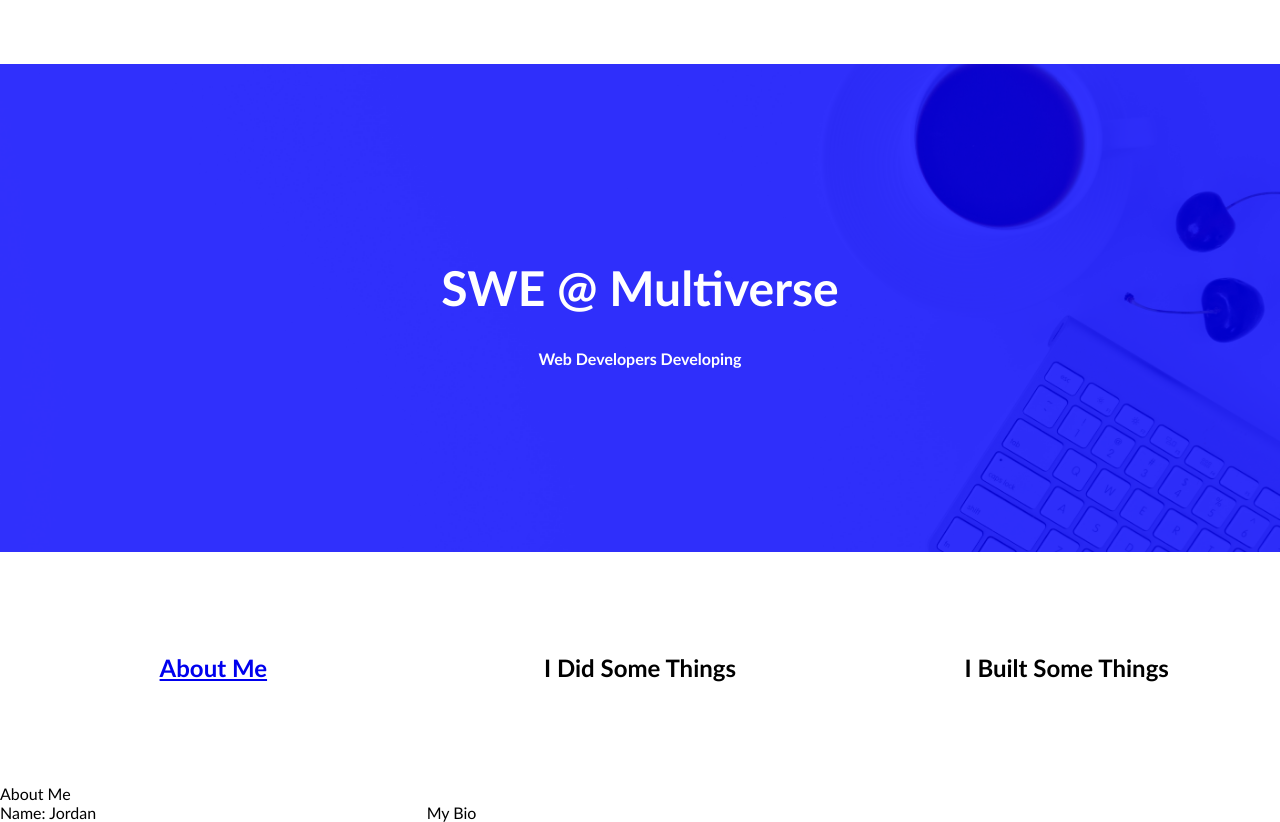
Repository: Scoofster/SWE-Flying-start-bio-website
Page: public/index.html
An editor plug-in stored every save of this project. The page is shown before and after the next save, followed by the edit.
The browser window is 1280 px wide. The pictures show the whole page.

Above is the page before, as saved 2022-06-16 14:00:09.

### public/index.html
<!--
You may use this in any way, on any site, all we ask is that you please keep the link(s) crediting the author.   Though this is not mandatory, it is certainly appreciated.
 -->

<!DOCTYPE html PUBLIC "-//W3C//DTD XHTML 1.0 Strict//EN" "http://www.w3.org/TR/xhtml1/DTD/xhtml1-strict.dtd">
<html xmlns="http://www.w3.org/1999/xhtml" xml:lang="en" lang="en">
  <head>
    <title>Blue Bliss by Bryant Smith</title>
    <meta http-equiv="content-type" content="text/html;charset=utf-8" />
    <link rel="stylesheet" type="text/css" href="index.css" />
  </head>
  <body>
    <div id="mainContentArea">
      <div id="hero" class="content-section">
        <div id="hero-overlay"></div>
        <div id="banner-photo"></div>
        <div id="hero-text">
          <h1>SWE @ Multiverse</h1>
          <h4>Web Developers Developing</h4>
        </div>
        <div id="about-me-nav-link">
          <h2><a href="#about-me">About Me</a></a></h2>
        </div>
        <div id="cv-nav-link">
          <h2>I Did Some Things</h2>
        </div>
        <div id="porfolio-nav-link">
          <h2>I Built Some Things</h2>
        </div>
      </div>
      <div>About Me</div>
      <div id="about-me" class="content-section">
        <div id="personal-info">Name: Jordan</div>
        <div id="bio">My Bio</div>
      </div>
      <div id="cv" class="content-section"></div>
      <div id="porfolio" class="content-section"></div>
    </div>
  </body>
</html>

### public/index.css

html,body{
    margin:0;
    font-family:'Trebuchet MS', 'Lucida Sans Unicode', 'Lucida Grande', 'Lucida Sans', Arial, sans-serif
    }

.content-section {
    padding: 0%;
    display: grid;
    grid-template-columns: 1fr 1fr 1fr;
}

#hero {
    margin-top: 5%;
    width: calc(100vw-30px);
    height: 100vh;
    text-align: center;
}

#hero-overlay {
    grid-area: 1 /1 / span 2 / span 3;
    opacity: 80%;
    background-color: blue;

}

#banner-photo {
    background-image: url(./imgs/splash_photo.jpg);
    grid-area: 1 /1/ span 2 / span 3;
    background-size:cover;
    background-repeat: no-repeat;
    margin: 0;
}

#hero-text {
    grid-area: 2/2/2/2;
    color: white;

    z-index: 1;
  }

#hero-text > h1 {
    font-size: 300%;
}
  #about-me-nav-link {
    height: 100%;
    width:100%;
    display:flex;
    align-items: center;
    justify-content: center;

  }

  #cv-nav-link {
    height: 100%;
    width:100%;
    display:flex;
    align-items: center;
    justify-content: center;

  }

  #porfolio-nav-link {
    height: 100%;
    width:100%;
    display:flex;
    align-items: center;
    justify-content: center;

  }

  #personal-info {
    grid-area: 1/1/3/1
  }

After the next save:
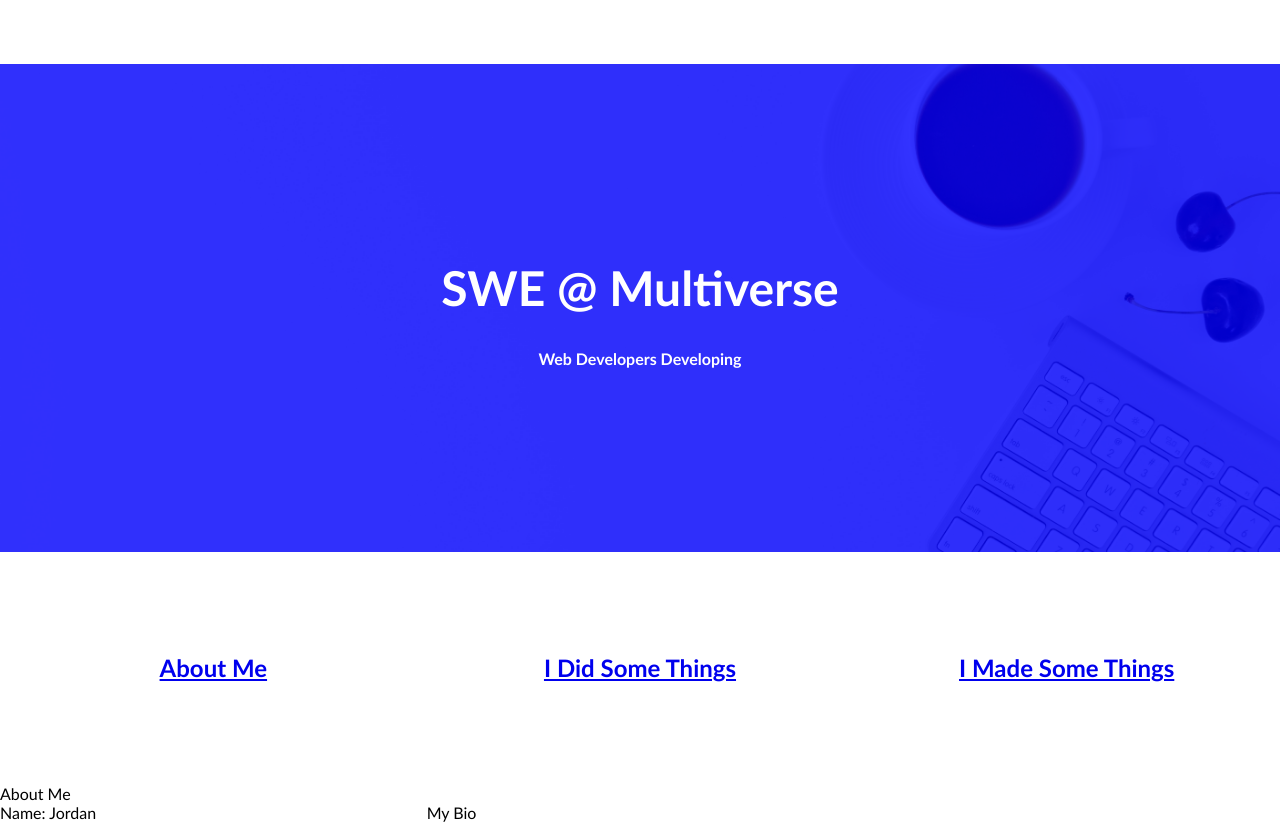
Saved 61 s later.
--- a/public/index.html
+++ b/public/index.html
@@ -22,10 +22,10 @@
           <h2><a href="#about-me">About Me</a></a></h2>
         </div>
         <div id="cv-nav-link">
-          <h2>I Did Some Things</h2>
+          <h2><a href="#cv">I Did Some Things</a></h2>
         </div>
         <div id="porfolio-nav-link">
-          <h2>I Built Some Things</h2>
+          <h2><a href="#portfolio">I Made Some Things</a></h2>
         </div>
       </div>
       <div>About Me</div>
